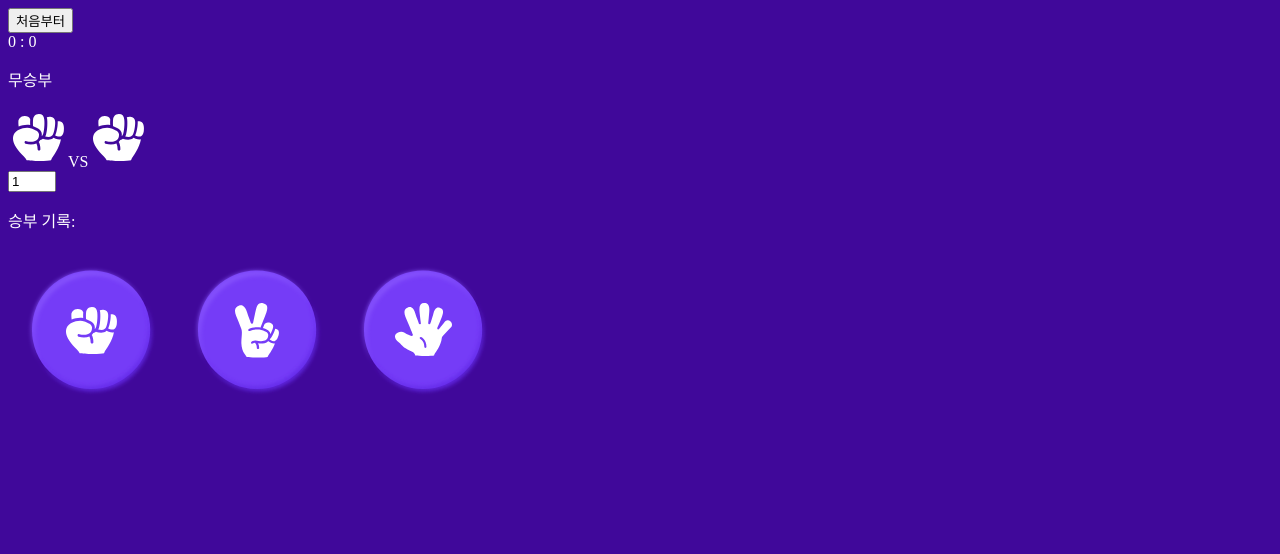
Repository: HI-CLAIRE/s.s.a.f.y_java
Page: / (app in codeit/rock-scissor-paper/)
These files come from the project's save history. The page is drawn as it stood at one moment and after a run of saves; the edit follows.
The browser window is 1280 px wide. The pictures show the whole page.
The project was rebuilt for these pictures with package versions that can differ from the ones it lists, and the page was loaded fresh each time.

Above is the page before, as saved 2022-12-16 09:34:37.

After the next 4 saves:
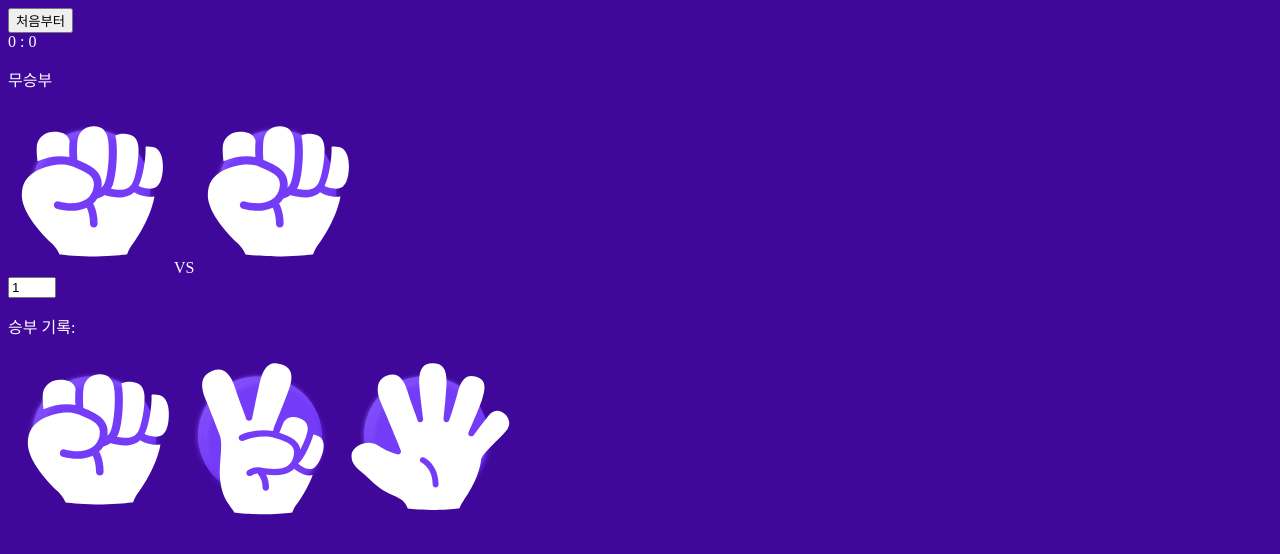
The 4 saves are shown as one change because 1 did not build or start and some came seconds apart.
The last was saved 29 s later.
--- a/codeit/rock-scissor-paper/src/HandIcon.js
+++ b/codeit/rock-scissor-paper/src/HandIcon.js
@@ -11,8 +11,8 @@
 
 function HandIcon({ value }) {
   const src = IMAGES[value];
-  const className = `HandButton`;
-  return <img src={src} alt={value} />;
+  const classNames = `HandButton`;
+  return <img className={classNames} src={src} alt={value} />;
 }
 
 export default HandIcon;

After the 5 saves that followed:
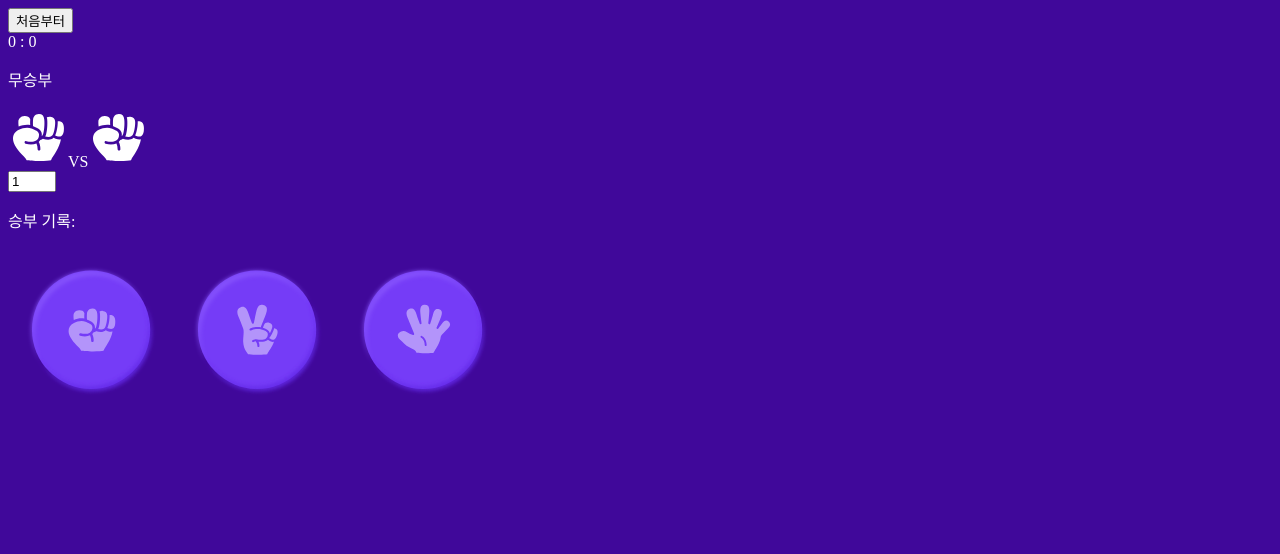
The 5 saves are shown as one change because 3 did not build or start and 1 left the picture as it was.
The last was saved 58 s later.
--- a/codeit/rock-scissor-paper/src/HandIcon.js
+++ b/codeit/rock-scissor-paper/src/HandIcon.js
@@ -11,8 +11,8 @@
 
 function HandIcon({ value }) {
   const src = IMAGES[value];
-  const classNames = `HandButton`;
-  return <img className={classNames} src={src} alt={value} />;
+  const HandButtonIcon = `HandButton-icon`;
+  return <img className={HandButtonIcon} src={src} alt={value} />;
 }
 
 export default HandIcon;
